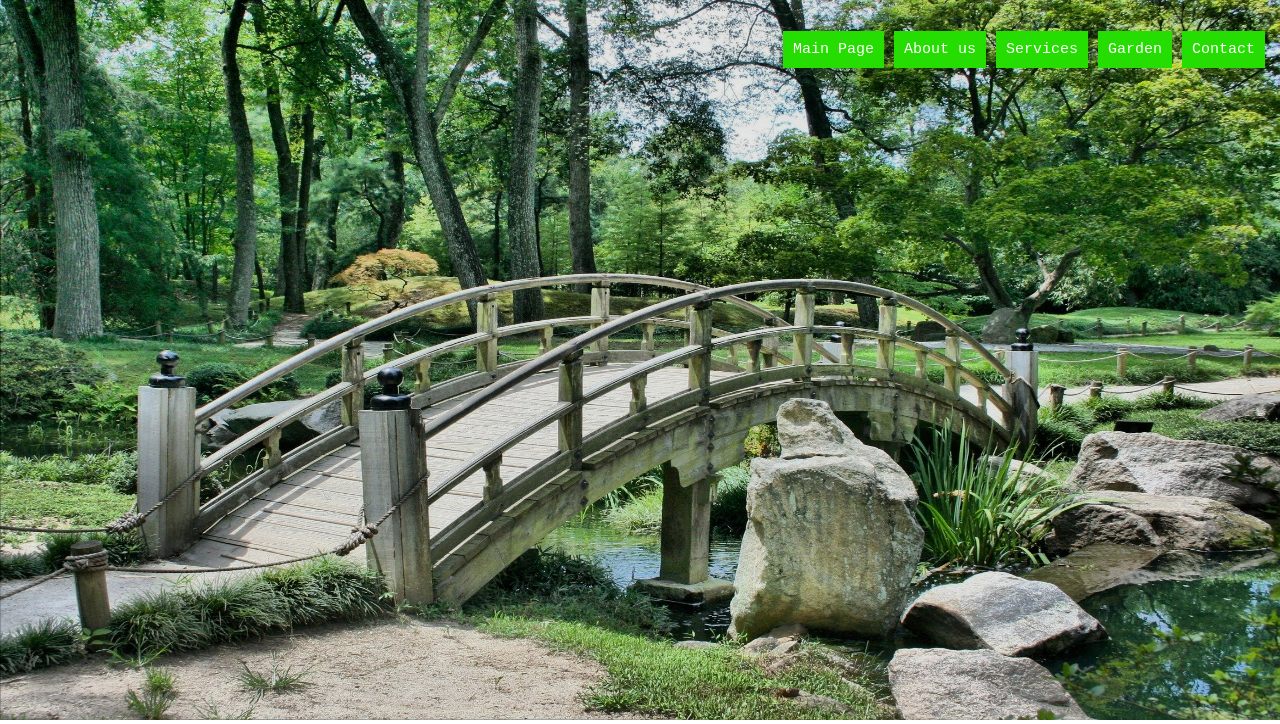
Repository: PatryxB/garden
Page: http://localhost/
An editor plug-in stored every save of this project. The page is shown before and after the next save, followed by the edit.
The browser window is 1280 px wide. The pictures show the whole page.
Some web fonts or font styles are not loaded; a fallback is used. The page is served by the project's Laravel application, run on PHP 8.4 with Laravel 8. Other server files are loaded and not shown. Style sheets and scripts are compiled from the project's sources, by tool versions that may differ from the author's.

Above is the page before, as saved 2020-05-01 21:09:02.

### resources/views/welcome.blade.php
<!DOCTYPE html>
<html lang="{{ str_replace('_', '-', app()->getLocale()) }}">
    <head>
        <meta charset="utf-8">
        <meta name="viewport" content="width=device-width, initial-scale=1">

        <title>Garden</title>

        <!-- Fonts -->
        <link href="https://fonts.googleapis.com/css?family=Nunito:200,600" rel="stylesheet">
        <link rel="stylesheet" href="/css/app.css">

    <body>

        <nav>
            <ul>
                <li><a href="">Main Page</a></li>
                <li><a href="">About us</a></li>
                <li><a href="">Services</a></li>
                <li><a href="">Garden</a></li>
                <li><a href="">Contact</a></li>
            </ul>
        </nav>

        <div class="banner">
            <img src="{{url('/img/gardenbanner.jpg')}}" alt="">
        </div>

    </body>
</html>

### resources/sass/app.scss
@import url('https://fonts.googleapis.com/css2?family=Roboto+Mono&display=swap');
html, body{
    box-sizing: border-box;
    margin: 0;
    padding: 0;
    font-family: 'Roboto Mono', monospace;
}
nav{
    width: 100%;
    position: absolute;
    right: 15px;
    top: 15px;
    z-index: 999;
}
nav ul{
    display: flex;
    float: right;
}
nav ul li a{
    text-decoration: none;
    font-size: 15px;
    display: inline-block;
    background-color: rgb(37, 221, 0);
    color: white;
    padding: 10px;
    margin-left: 10px;
}
li{
    list-style: none;
}
.banner img{
    width: 100%;
    height: 100vh;
    position: relative;
    filter: brightness(90%);
}

Loaded but not shown: routes/web.php (common file)

After the next save:
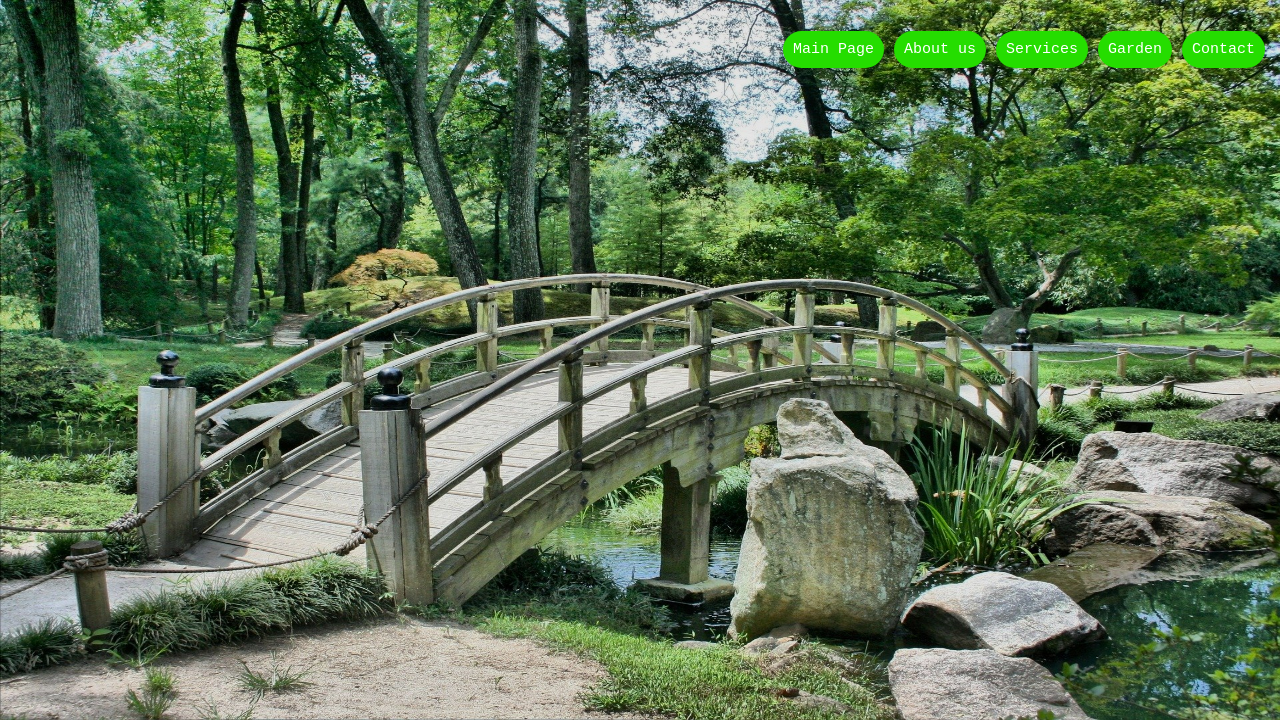
Saved 8 s later.
--- a/resources/sass/app.scss
+++ b/resources/sass/app.scss
@@ -24,6 +24,7 @@ nav ul li a{
     color: white;
     padding: 10px;
     margin-left: 10px;
+    border-radius: 25px;
 }
 li{
     list-style: none;
